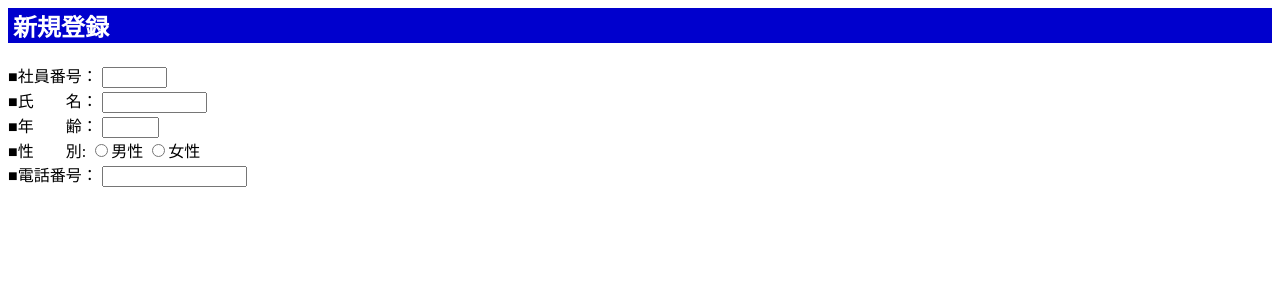
Repository: eb-communicationservice/php_study
Page: http://localhost/views/scripts/members/registMember.php
The author's editor kept a copy of each file at every save. The page is drawn from the files as they stood at one save, then again after the next save.
The browser window is 1280 px wide. The pictures show the whole page.
The page is run by PHP 8.4 with error messages shown; the project is at /var/www/html/.

Above is the page before, as saved 2015-12-06 12:16:32.

After the next save:
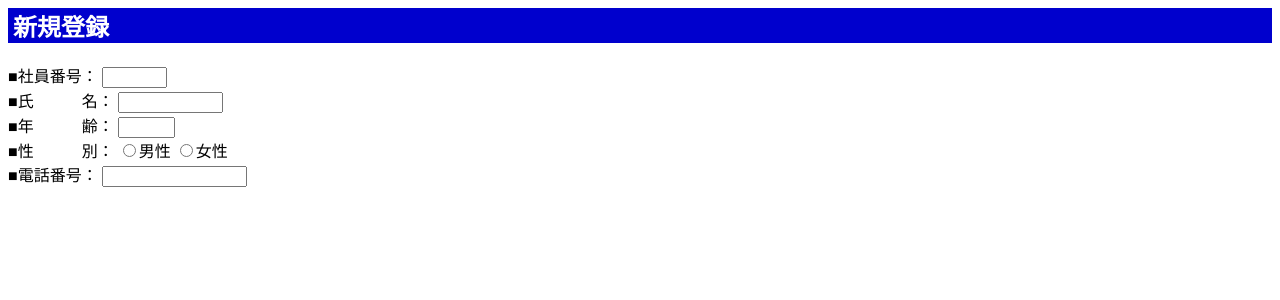
Saved 31 s later.
--- a/kadai01/views/scripts/members/registMember.php
+++ b/kadai01/views/scripts/members/registMember.php
@@ -9,11 +9,11 @@
 	<form action="registController.php" method="post">
 		<label for="memberId">■社員番号：</label>
 		<input id="memberId" type="text" name="memberId" size="5" maxlength="6" value="" /><br />
-		<label for="name">■氏　　名：</label>
+		<label for="name">■氏　　　名：</label>
 		<input id="name" type="text" name="name" size="10" maxlength="20" value="" /><br />
-		<label for="age">■年　　齢：</label>
+		<label for="age">■年　　　齢：</label>
 		<input id="age" type="text" name="age" size="4" maxlength="3" value="" /><br />
-		■性　　別:
+		■性　　　別：
 		<input id="sex" type="radio" name="sex" value="0" /><label for="sex">男性</label>
 		<input id="sex" type="radio" name="sex" value="1" /><label for="sex">女性</label><br />
 		<label for="phoneNum">■電話番号：</label>
